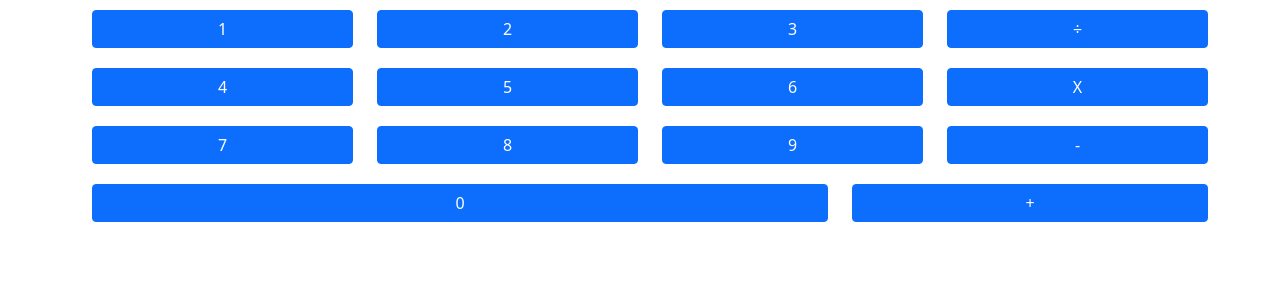
Repository: jsakdalan/CalculatorReactTypescript
Page: /
These files come from the project's save history. The page is drawn as it stood at one moment and after a run of saves; the edit follows.
The browser window is 1280 px wide. The pictures show the whole page.
The project was rebuilt for these pictures with package versions that can differ from the ones it lists, and the page was loaded fresh each time. Also part of the build but not shown: src/App.css.

Above is the page before, as saved 2022-06-07 15:50:57.

### src/App.tsx
import  Calculator from './pages/Calculator';
import './App.css';
import 'bootstrap/dist/css/bootstrap.min.css'

export default function App() {

  return(
    <Calculator/>
  )
}

### src/pages/Calculator.tsx
import React from 'react';
import Col from 'react-bootstrap/Col';
import Container from 'react-bootstrap/Container';
import Row from 'react-bootstrap/Row';
import Button from 'react-bootstrap/Button';
import './Calculator.css'

export default function TextEditor(){

    interface Buttons {
        styling: string;
        btnNumber: string;
    }

    const Buttons = (props:Buttons) => {
        return(
            <Button className={props.styling}>
                {props.btnNumber}
            </Button>
        )
    }

    return(
        <>
            <Container>
                <Row>
                    <Col><Buttons styling="numerical" btnNumber="1"/></Col>
                    <Col><Buttons styling="numerical" btnNumber="2"/></Col>
                    <Col><Buttons styling="numerical" btnNumber="3"/></Col>
                    <Col><Buttons styling="operational" btnNumber="&#247;"/></Col>
                </Row>
                <Row>
                    <Col><Buttons styling="numerical" btnNumber="4"/></Col>
                    <Col><Buttons styling="numerical" btnNumber="5"/></Col>
                    <Col><Buttons styling="numerical" btnNumber="6"/></Col>
                    <Col><Buttons styling="operational" btnNumber="X"/></Col>
                </Row>
                <Row>
                    <Col><Buttons styling="numerical" btnNumber="7"/></Col>
                    <Col><Buttons styling="numerical" btnNumber="8"/></Col>
                    <Col><Buttons styling="numerical" btnNumber="9"/></Col>
                    <Col><Buttons styling="operational" btnNumber="-"/></Col>
                </Row>
                <Row>
                    <Col md={8}><Buttons styling="numerical" btnNumber="0"/></Col>
                    <Col><Buttons styling="numerical" btnNumber="+"/></Col>
                </Row>
            </Container>
        </>
    )
}

### src/pages/Calculator.css
.numerical{
    width: 100%;
    margin: 10px;
}

.operational{
    width: 100%;
    margin: 10px;
}

Loaded but not shown: public/index.html (common file); src/index.tsx (common file); src/index.css (common file); src/reportWebVitals.ts (common file)

After the next 2 saves:
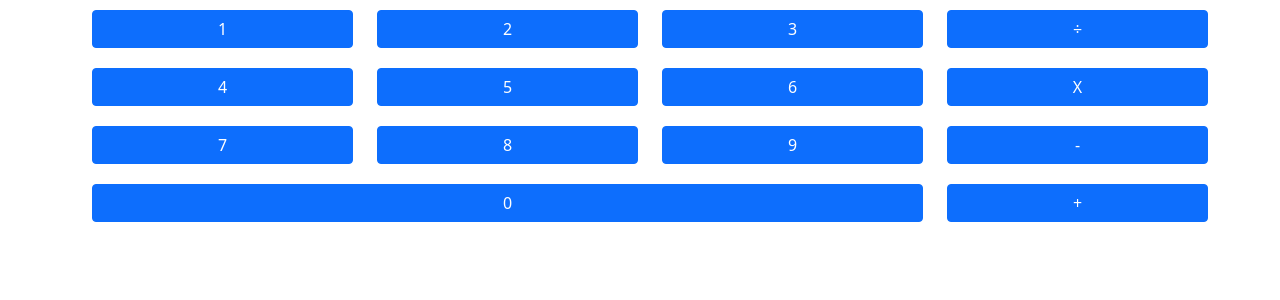
The 2 saves are shown as one change because they came seconds apart.
The last was saved 7 s later.
--- a/src/pages/Calculator.tsx
+++ b/src/pages/Calculator.tsx
@@ -42,7 +42,7 @@ export default function TextEditor(){
                     <Col><Buttons styling="operational" btnNumber="-"/></Col>
                 </Row>
                 <Row>
-                    <Col md={8}><Buttons styling="numerical" btnNumber="0"/></Col>
+                    <Col md={9}><Buttons styling="numerical" btnNumber="0"/></Col>
                     <Col><Buttons styling="numerical" btnNumber="+"/></Col>
                 </Row>
             </Container>
